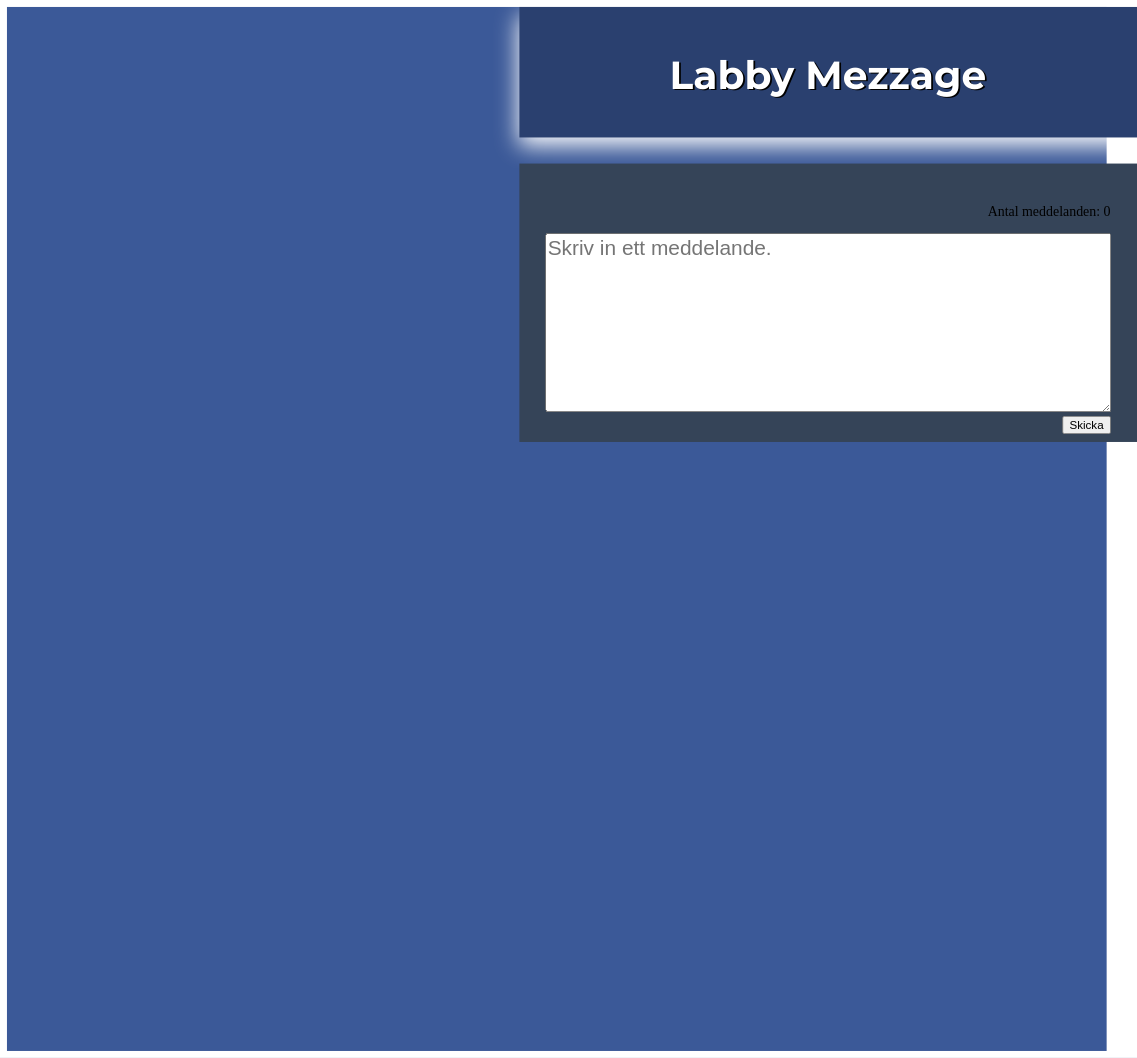
Repository: lw222gz/1dv403-laborationer-lw222gz
Page: 2-labbymezzage/index.html
The author's editor kept a record of every edit. The page is drawn from the files as they stood at one moment, then again after the next edit.
The browser window is 1280 px wide. The page is 1307 px wide, so the pictures cover 1307 px, including what lies to the right of the window. The pictures show the whole page, at 87% of full size.

Above is the page before.

After the next edit:
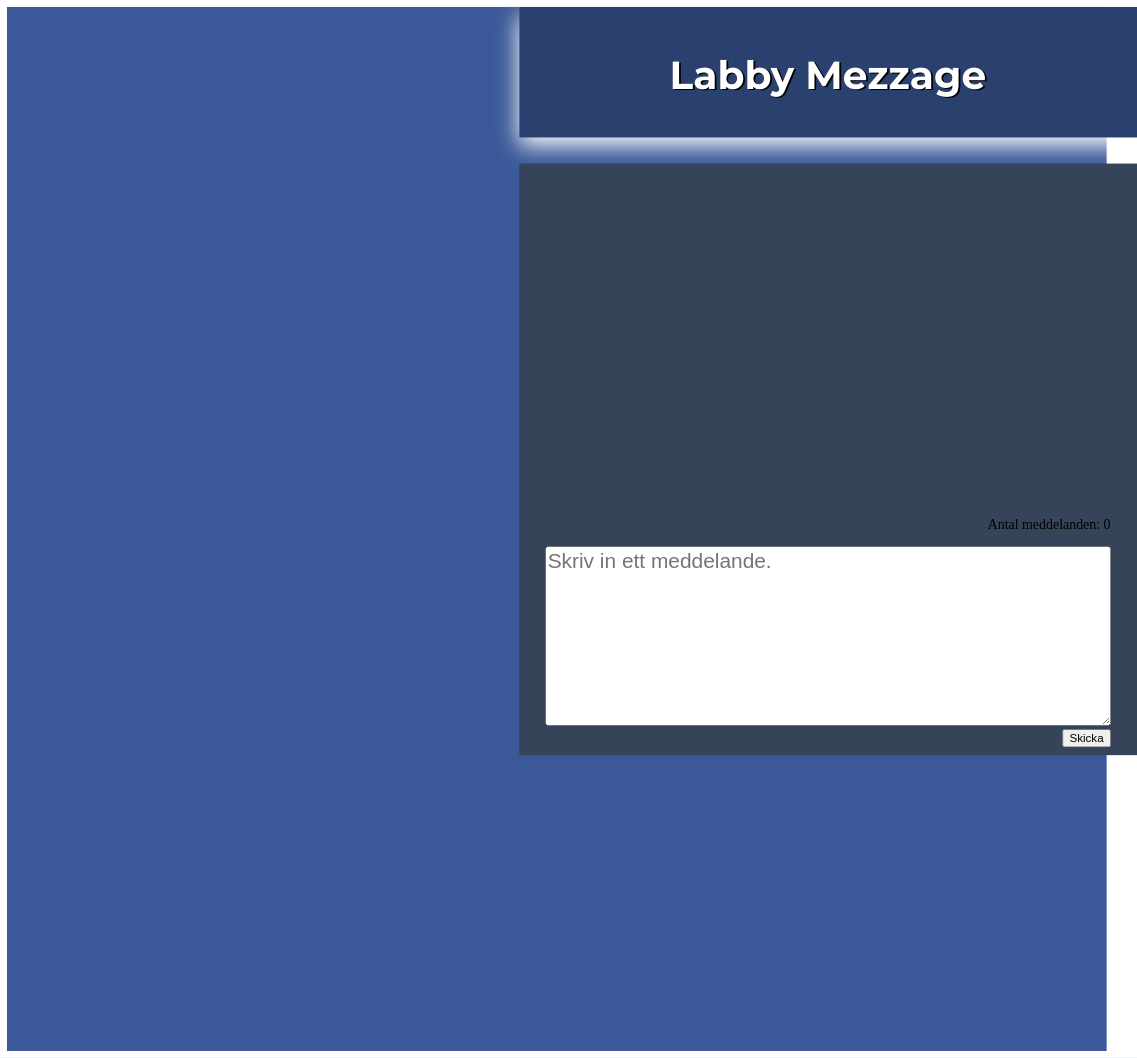
The edit:
--- a/2-labbymezzage/style.css
+++ b/2-labbymezzage/style.css
@@ -80,7 +80,13 @@
     right:30px;
 }
 
+#text
+{
+    overflow:scroll;
+    height:360px;
+    max-height:360px;
 
+}
 
 .text
 {
